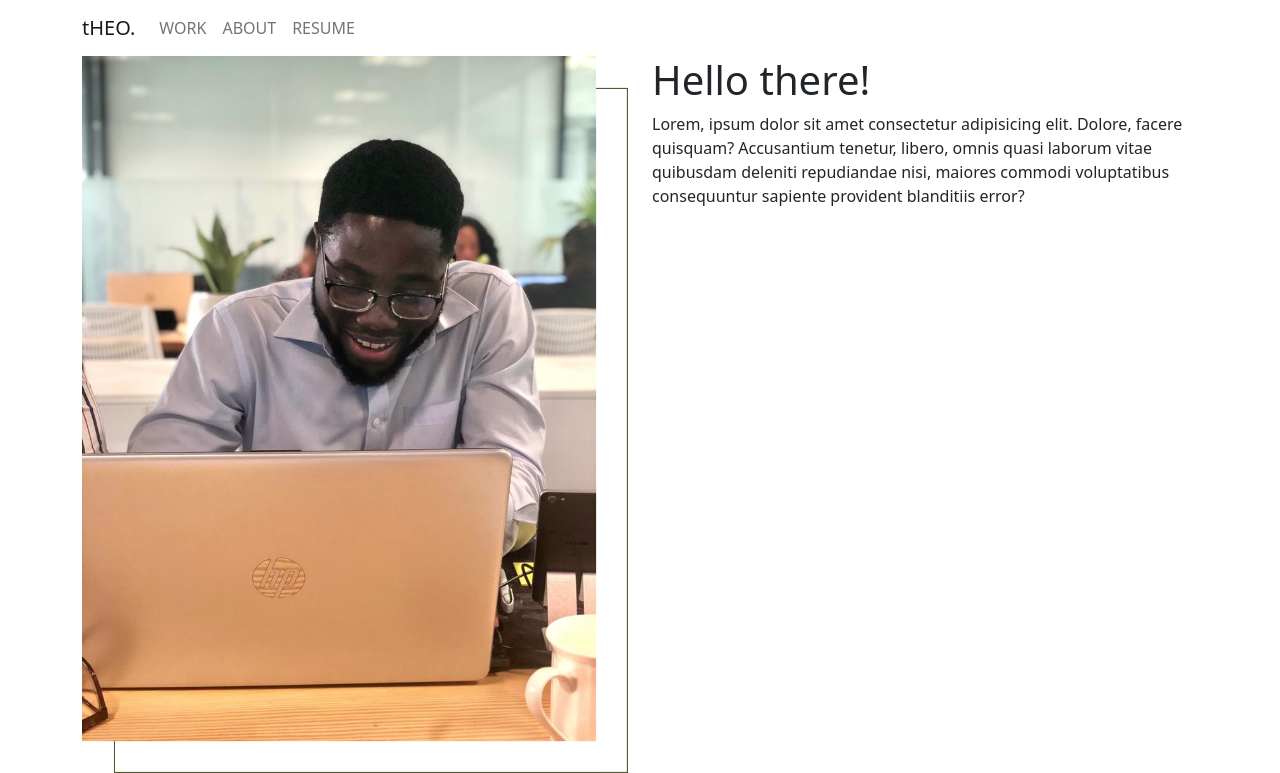
Repository: tHEO2k17/portfolio
Page: /
The author's editor kept a copy of each file at every save. The page is drawn from the files as they stood at one save, then again after the next save.
The browser window is 1280 px wide. The pictures show the whole page.
The project was rebuilt for these pictures with package versions that can differ from the ones it lists, and the page was loaded fresh each time.

Above is the page before, as saved 2021-07-21 23:03:10.

### public/index.html
<!DOCTYPE html>
<html lang="en">
  <head>
    <meta charset="utf-8" />
    <link rel="icon" href="%PUBLIC_URL%/favicon.ico" />
    <meta name="viewport" content="width=device-width, initial-scale=1" />
    <meta name="theme-color" content="#000000" />
    <meta
      name="description"
      content="Web site created using create-react-app"
    />
    <link rel="apple-touch-icon" href="%PUBLIC_URL%/logo192.png" />
    <link rel="manifest" href="%PUBLIC_URL%/manifest.json" />
    <title>Theophilus Paintsil - Portfolio</title>
  </head>
  <body>
    <noscript>You need to enable JavaScript to run this app.</noscript>
    <div id="root"></div>
  </body>
</html>

### src/index.tsx
import React from 'react';
import ReactDOM from 'react-dom';
import './index.scss';
import App from './presentation/App';

ReactDOM.render(
  <React.StrictMode>
    <App />
  </React.StrictMode>,
  document.getElementById('root')
);

### src/presentation/App.tsx
import React from 'react';
import { Switch, Route, BrowserRouter as Router, } from 'react-router-dom';
import HomePage from './pages/HomePage';

function App() {
  return (
    <Router>
      <Switch>
        <Route exact path="/" component={HomePage} />
      </Switch>
    </Router>
  );
}

export default App;

### src/presentation/pages/HomePage.tsx
import { Col, Container, Nav, Navbar, Row, Image } from "react-bootstrap";

export default function HomePage() {
    return (
        <Container fluid>
            <Navbar expand="lg" variant="light">
                <Container>
                    <Navbar.Brand href="#home">tHEO.</Navbar.Brand>
                    <Navbar.Toggle />
                    <Navbar.Collapse>
                        <Nav className="ml-0">
                            <Nav.Link href="#home">WORK</Nav.Link>
                            <Nav.Link href="#home">ABOUT</Nav.Link>
                            <Nav.Link href="#link">RESUME</Nav.Link>
                        </Nav>
                    </Navbar.Collapse>
                </Container>
            </Navbar>

            <header>
                <Container>
                    <Row>
                        <Col> <Image src="assets/images/theo.png" fluid /> </Col>
                        <Col>
                            <h1>Hello there!</h1>
                            <p>
                                Lorem, ipsum dolor sit amet consectetur adipisicing elit. Dolore, facere quisquam? Accusantium tenetur, libero, omnis quasi laborum vitae quibusdam deleniti repudiandae nisi, maiores commodi voluptatibus consequuntur sapiente provident blanditiis error?
                            </p>
                        </Col>
                    </Row>
                </Container>
            </header>

        </Container>
    );
}

Loaded but not shown: src/index.scss (common file)

After the next save:
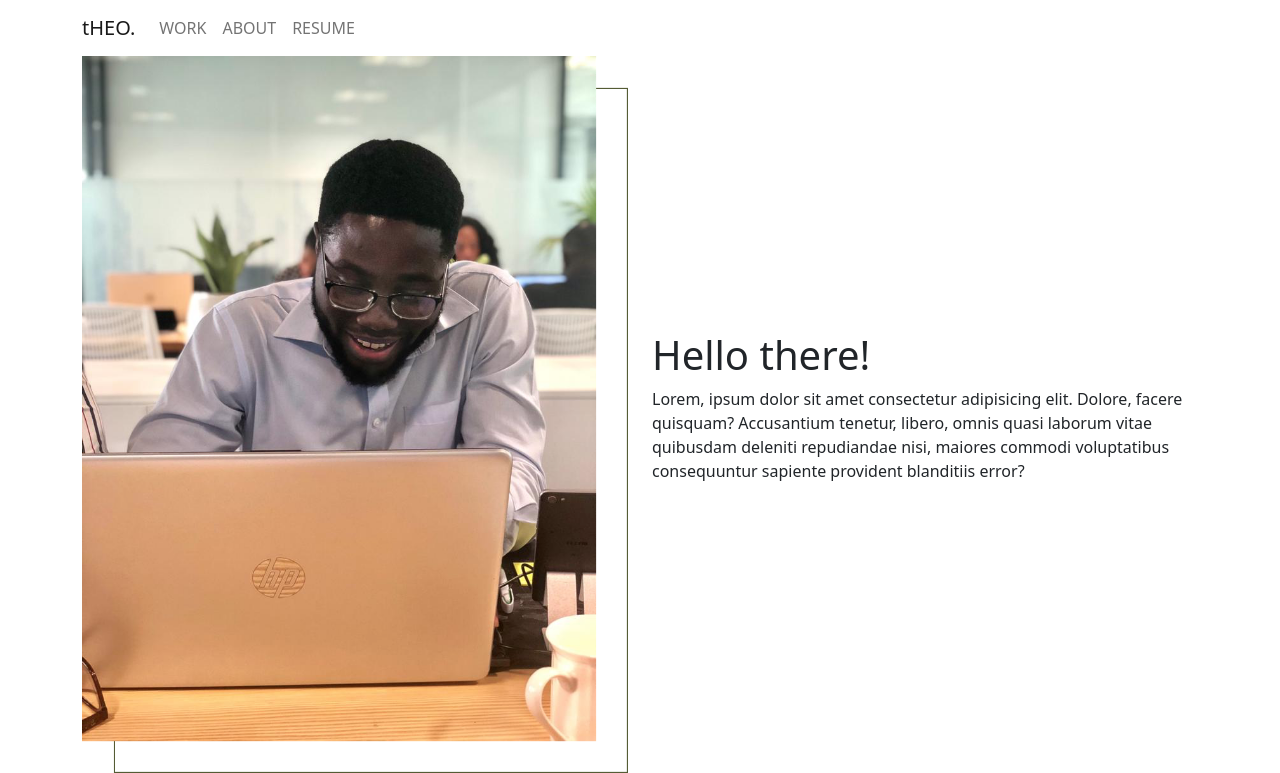
Saved 24 s later.
--- a/src/presentation/pages/HomePage.tsx
+++ b/src/presentation/pages/HomePage.tsx
@@ -19,7 +19,7 @@ export default function HomePage() {
 
             <header>
                 <Container>
-                    <Row>
+                    <Row className="align-items-center">
                         <Col> <Image src="assets/images/theo.png" fluid /> </Col>
                         <Col>
                             <h1>Hello there!</h1>
